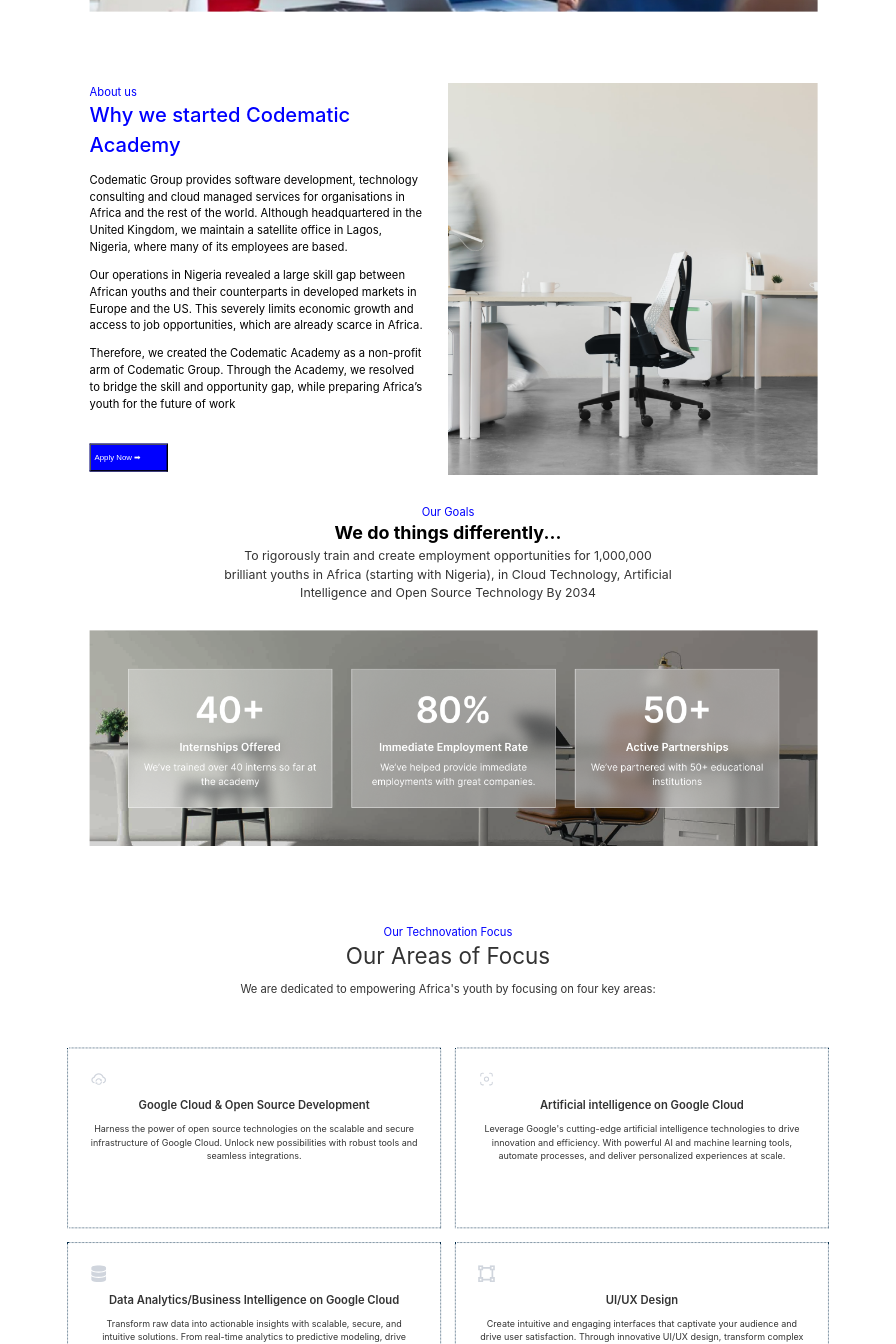
Repository: Gabriel221-dev/Codematic-page
Page: /
The author's editor kept a copy of each file at every save. The page is drawn from the files as they stood at one save, then again after the next save.
The browser window is 1280 px wide. The pictures show the part of the page from y = 941 to 2861 px (the page is 4814 px tall), at 70% of full size.
The project was rebuilt for these pictures with package versions that can differ from the ones it lists, and the page was loaded fresh each time. Also part of the build but not shown: vite.config.js, src/App.css.

Above is the page before, as saved 2024-07-31 06:27:54.

### src/App.jsx
import "./App.css";
import Home from "./pages/home";
import Header from "./components/Header";
import Footer from "./components/Footer";
import { BrowserRouter as Router, Route, Routes } from "react-router-dom";
import "./styles/global.css";

const App = () => {
  return (
    <Router>
      <Header />
      <main>
        <Routes>
          <Route path="/" element={<Home />} />
        </Routes>
      </main>
      <Footer />
    </Router>
  );
};

export default App;

### src/index.css
:root {
  font-family: Inter, system-ui, Avenir, Helvetica, Arial, sans-serif;
  line-height: 1.5;
  font-weight: 400;

  /* color-scheme: light dark;
  background-color: #242424;
  background-color:turquoise; */

}

### src/components/Header.jsx
import { useState } from "react";
import { NavLink } from "react-router-dom";
import { FaBars } from "react-icons/fa";
import Sidebar from "./Sidebar";
import "./Header.css";
import { IconContext } from "react-icons";

const Header = () => {
  const [isSidebarToggled, setSidebarToggled] = useState(false);

  const handleToggle = () => {
    setSidebarToggled((prev) => !prev);
  };

  return (
    <>
      <IconContext.Provider value={{ color: "#fff" }}>
        <header className="header">
          <NavLink className="header__brand" to="/">
            <img
              className="header__logo"
              src="/public/Images/codematic-logo-dark-1536x351.png.png"
              alt="Logo"
              loading="eager"
              width="160"
            />
          </NavLink>
          <nav className="header__nav">
            <ul className="header__navigation">
              <li className="header__link">
                <NavLink
                  className={({ isActive }) =>
                    isActive
                      ? "header__anchor header__anchor--active"
                      : "header__anchor"
                  }
                  to="/"
                >
                  Home
                </NavLink>
              </li>
              <li className="header__link">
                <NavLink
                  className={({ isActive }) =>
                    isActive
                      ? "header__anchor header__anchor--active"
                      : "header__anchor"
                  }
                  to=""
                >
                  About Us
                </NavLink>
              </li>
              <li className="header__link">
                <NavLink
                  className={({ isActive }) =>
                    isActive
                      ? "header__anchor header__anchor--active"
                      : "header__anchor"
                  }
                  to=""
                >
                  Focus Areas
                </NavLink>
              </li>
              <li className="header__link">
                <NavLink
                  className={({ isActive }) =>
                    isActive
                      ? "header__anchor header__anchor--active"
                      : "header__anchor"
                  }
                  to=""
                >
                  Our Goals
                </NavLink>
              </li>
              <li className="header__link">
                <NavLink
                  className={({ isActive }) =>
                    isActive
                      ? "header__anchor header__anchor--active"
                      : "header__anchor"
                  }
                >
                  Testimonies
                </NavLink>
              </li>
            </ul>

            <button
              className="header__menu"
              title="Toggle Menu"
              onClick={handleToggle}
            >
              <FaBars />
            </button>
          </nav>
          <ul className="Btn">
            <NavLink className="header__btn" to="/contact">
              Apply Now
            </NavLink>
          </ul>
          <Sidebar isOpen={isSidebarToggled} onToggle={handleToggle} />
        </header>
      </IconContext.Provider>
    </>
  );
};

export default Header;

### src/components/Footer.jsx
import { Link } from "react-router-dom";
import "./Footer.css";
import { BsTwitterX } from "react-icons/bs";
import { FaLinkedin } from "react-icons/fa6";
import { FaFacebook } from "react-icons/fa";

const Footer = () => {
  return (
    <footer className="footer">
      <div>
        <container className="section-1">
          <div className="section1">
            <img
              className="footer__logo"
              src="/public/Images/codematic-logo-white 2.png"
              alt="Logo"
              loading="lazy"
              width="160"
            />

            <ul className="footer__navigation">
              <li className="footer__link">
                <Link className="link-anchor footer__anchor" to="">
                  About Us
                </Link>
              </li>
              <li className="footer__link">
                <Link className="link-anchor footer__anchor" to="">
                  Contact Us
                </Link>
              </li>
              <li className="footer__link">
                <Link className="link-anchor footer__anchor" to="">
                  Privacy Policy
                </Link>
              </li>
            </ul>
          </div>
        </container>
        <div className="divider"></div>
        <div className="section2">
          <div className="Left">
            <p>© 2024 Codematic. All rights reserved</p>.
          </div>
          <div className="bottom">
            <div className="icon">
              <BsTwitterX />
            </div>
            <div className="icon">
              <FaLinkedin />
            </div>
            <div className="icon">
              <FaFacebook />
            </div>
          </div>
        </div>
      </div>
    </footer>
  );
};

export default Footer;

### src/styles/global.css
* {
    padding: 0;
  }

  body {
    /* line-height: 1.6; */
    color: #333;
    background-color: white;
    padding: 0;
    margin: 0 ;
  }

  section{
    padding: 0 10%;
  }

### src/components/Sidebar.jsx
import PropTypes from "prop-types";
import { useNavigate } from "react-router-dom";
import { AiOutlineClose } from "react-icons/ai";
import "./Sidebar.css";
import { IconContext } from "react-icons";

const Sidebar = ({ isOpen, onToggle }) => {
  const navigate = useNavigate();

  const handleNavigate = (path) => {
    navigate(path);
    onToggle();
  };

  return (
    <IconContext.Provider value={{ color: "#fff" }}>
      <div className={`sidebar ${isOpen ? "sidebar--open" : ""}`}>
        <div className="sidebar__overlay" onClick={onToggle}></div>
        <div className="sidebar__content">
          <div className="sidebar__header">
            <button
              className="sidebar__close"
              title="Close Menu"
              onClick={onToggle}
            >
              <AiOutlineClose />
            </button>
          </div>

          <ul className="sidebar__navigation">
            <li className="sidebar__link">
              <button
                className="sidebar__anchor"
                onClick={() => handleNavigate("/")}
              >
                Home
              </button>
            </li>

            <li className="sidebar__link">
              <button
                className="sidebar__anchor"
                onClick={() => handleNavigate()}
              >
                About Us
              </button>
            </li>
            <li className="sidebar__link">
              <button
                className="sidebar__anchor"
                onClick={() => handleNavigate()}
              >
                Focus Areas
              </button>
            </li>
            <li className="sidebar__link">
              <button
                className="sidebar__anchor"
                onClick={() => handleNavigate()}
              >
                Testimonies
              </button>
            </li>
          </ul>

          <button className="sidebar__btn" onClick={() => handleNavigate()}>
            Apply Now
          </button>
        </div>
      </div>
    </IconContext.Provider>
  );
};

Sidebar.propTypes = {
  isOpen: PropTypes.bool.isRequired,
  onToggle: PropTypes.func.isRequired,
};

export default Sidebar;

### src/components/Header.css
.header {
    background-color:aliceblue;
    height: 1.1rem;
    display: flex;
    /* justify-content: space-between; */
    align-items: center;
    padding: 1rem 7rem;
  }

  @media only screen and (max-width: 850px) {
    .header {
        background-color:black;
      height: 150px;
      /* background-color:red; */
      align-items:left;
    }
  }

  @media only screen and (max-width: 576px) {
    .header {
        background-color:fuchsia;
      height: 50px;
    }
  }

  @media only screen and (max-width: 450px) {
    .header {
        background-color:green;
        height: 75px;
        width: 450px;
    }
  }

  .header__nav {
    align-items: center;
    display: grid;
    grid-template-columns: max-content 1fr max-content;
    align-items: center;
    font-size: .7rem;

    @media only screen and (max-width: 768px) {
      column-gap: 4rem;
    }

    @media only screen and (max-width: 576px) {
        grid-template-columns: repeat(2, 1fr);
        column-gap: 0;
    }
  }

  .header__logo {
    max-width: 100px;
    background-color:red;
    margin-left: 1rem;



    @media only screen and (max-width: 768px) {
      margin-right: 14rem;
      margin-left: -5rem;
    }

    @media only screen and (max-width: 440px) {
        margin-right: 14rem;
        margin-left: -5rem;
        background-color:palegoldenrod;
      }
  }

  .header__navigation {
    margin: 10rem;
    list-style: none;
    display: flex;
    align-items:center;
    /* margin: 0;
    padding: 0; */
    /* text-decoration: none; */
    justify-content: space-between;
    column-gap: -1rem;

    @media only screen and (max-width: 820px) {
      display: none;
    }
  }

  .header__link {
    margin: 1.3rem;
    text-decoration: none;
    display: flex;
    justify-content: space-between;
    /* width: 7rem; */
  }

  /* .header:last-child {
    margin-right: 0;
  } */

  .header__anchor {
    text-decoration: none;
    color: #333;
    font-weight: bold;
    text-align: center;
  }

  .header__anchor:hover{
    text-decoration: none;
  }

  .header__anchor--active {
    color: black;
}

.Btn{
    margin-left: 6rem;
    /* width: 15rem; */
}

  .header__btn {
    display: flex;
    justify-content: flex-end;
    font-size: .6rem;
    background-color: blue;
    border: 2px solid #fff;
    width: 3rem;
    height: 1rem;
    padding: .5rem .5rem .5rem .5rem;
    border-radius:3px;
    color: #fff;
    text-decoration: none;
    cursor: pointer;

    @media only screen and (max-width: 820px) {
      display: none;
    }
  }

  .header__btn:hover{
    background-color:white;
    color:blue;
    text-decoration: none;
    border-radius:16px;
    transform: scale(1.05);
    transition: transform 0.6s ease-in-out, border-bottom 0.6s ease;
  }

  .header__menu {
    display: none;

    @media only screen and (max-width: 820px) {
      display: flex;
      width: 50px;
      height: 28px;
      padding: .1rem;
      border: 0;
      outline: 0;
    }
  }

  .header__menu:hover{
    background:none;
  }

### src/components/Footer.css
.footer {
    /* background-color: rgb(4, 4, 55); */
    /* display: flex; */
    /* grid-template-rows: 48px auto 48px; */
    /* padding: 1rem; */
    /* justify-content: center; */
    /* font-size: 1rem; */
  }
/*
  @media only screen and (max-width: 768px) {
    .footer {
      grid-template-rows: 50px repeat(1, min-content) 56px;
    }
  }

  @media only screen and (max-width: 650px) {
    .footer {
      grid-template-rows: 64px repeat(1, min-content) 64px;
    }
  } */

  .footer__content {
    /* display: grid; */
    /* text-align: center; */
    /* grid-template-columns: max-content 1fr max-content; */
    /* column-gap: 12.5rem; */
    /* grid-column: 2; */
    /* grid-row: 2 / 3; */
  }

  /* @media only screen and (max-width: 1024px) {
    .footer__content {
      column-gap: 8rem;
    }
  }

  @media only screen and (max-width: 768px) {
    .footer__content {
      grid-template-columns: repeat(1, 1fr);
      grid-template-rows: repeat(1, min-content);
      row-gap: 3.2rem;
    }
  } */

  @media only screen and (max-width: 480px) {
    .footer__content {
      /* grid-template-columns: 1fr; */
      /* grid-template-rows: repeat(1, min-content); */
      /* row-gap: 2.4rem; */
    }
  }

  .footer__pages {
    /* display: flex; */
    /* font-size: 2rem; */
    /* align-content: space-between; */
    /* gap: 2rem; */
  }

  /* @media only screen and (max-width: 480px) {
    .footer__pages {
      grid-column: 1 / 3;
      grid-row: 1 / 2;
      justify-self: center;
      align-items: center;
    }
  }

  .footer__logo {
    width: 7rem;
    text-align: center;
  }

  @media only screen and (max-width: 768px) {
    .footer__logo {
      width: 96px;
    }
  }

  @media only screen and (max-width: 480px) {
    .footer__logo {
      margin-bottom: 24px;
    }
  }

  .footer__navigation {
    list-style: none;
    display: flex;
    font-size: .4rem;
    /* justify-content: center; */
    /* margin-bottom: 7px; */

  /* @media only screen and (max-width: 768px) {
    .footer__navigation {
      margin-bottom: 0;
    }
  } */

  /* .bottom{
    font-size: .7rem;
    display: flex;
    justify-content: flex-end;

  }

  .icon{
    margin: .7rem;
  }

  .footer__link {
    font-size: 1rem;
    margin-right: 40px;
    text-align: center;
    transition: color 0.3s;
    margin-right: .5rem;
  }  */
/*
  @media only screen and (max-width: 1024px) {
    .footer__link {
      margin-right: 24px;
    }
  }

  @media only screen and (max-width: 768px) {
    .footer__link {
      margin-right: 1rem;
      margin-bottom: 16px;
    }
  }

  .footer__link:hover {
    color:aqua;
  }

  .footer__anchor {
    text-decoration: none;
    color: white;
    font-size: 1.3rem;
    text-transform: uppercase;
  }

  @media only screen and (max-width: 768px) {
    .footer__anchor {
      font-size: .7rem;
    }
  }

  .footer p{
    background-color:red;
    width: 100%;
  } */

/* .section1{
    display: inline-flex;
    justify-content: center;
    align-content:center;
    margin: 1rem auto;
    padding: 2rem;
    background-color:red;
} */

/* .section-1 {
    display: flex;
    justify-content: center;
    align-items: center;
}

.section1 {
    display: inline-flex;
    justify-content: center;
    align-content: center;
    margin: 1rem auto;
    padding: 1rem;
    background-color: red;
}


.section2{
    background-color:red;
}

.line{
} */


/* .footer {
    background-color: rgb(4, 4, 55);
    padding: 2rem 0;
    position: relative;
  }

  .footer__logo {
    display: block;
    margin: 0 auto;
  }

  .footer__navigation {
    list-style: none;
    font-size: .8rem;
    padding: 0;
    display: flex;
    justify-content: center;
    margin: 1rem 0;
  }

  .footer__link {
    margin: 0 1rem;
  }

  .footer__anchor {
    text-decoration: none;
    color: white;
  }

  .section1 {
    text-align: center;
    padding: 2rem 0;
  }

  .section2 {
    position: relative;
    display: flex;
    justify-content: flex-end;
    align-items: flex-end;
    height: 50px;
  }

  .Left{
    padding-top: 5rem;
  }

  .bottom {
    display: flex;
    gap: 1rem;
    padding: 1rem;
  }

  .icon {
    font-size: 1.5rem;
    padding-top: 5rem;
  }



  .divider {
    width: 100%;
    border: 1px solid #000;
    margin: 2rem 0;
  } */

  .footer {
    background-color: rgb(4, 4, 55);
    padding: 0 0;
    position: relative;
  }

  .footer__logo {
    display: block;
    margin: 0 auto;
  }

  .footer__navigation {
    list-style: none;
    font-size: 0.8rem;
    padding: 0;
    display: flex;
    justify-content: center;
    margin: 1rem 0;
  }

  .footer__link {
    margin: 0 1rem;
  }

  .footer__anchor {
    text-decoration: none;
    color: white;
  }

  .section1 {
    text-align: center;
    padding: 2rem 0;
  }

  .section2 {
    position: relative;
    display: flex;
    justify-content: space-between;
    align-items: flex-end;
    padding: 1rem;
    height: 50px;
  }

  .left {
    color: #D0D5DD;
    ;
  }


  .bottom {
    display: flex;
    gap: 1rem;
    /* padding-left: 1rem; */
    margin-bottom: 2rem;
  }

  .icon {
    font-size: 1.5rem;
    display: flex;
    color:#D0D5DD;
  }

  .divider {
    width: 100%;
    border-bottom: 1px solid #000;
    margin: 2rem 0;
  }

### src/components/Sidebar.css
.sidebar {
    display: none;
    width: 100%;
    height: 100%;
    position: fixed;
    top: 0;
    left: 0;
    z-index: 100;
    transition: all 0.3s ease;
  }

  .sidebar--open {
    display: grid;
    grid-template-columns: 1fr min-content;
  }

  .sidebar__overlay {
    grid-column: 1 / -1;
    grid-row: 1 / 2;
    background-color: rgba(0, 0, 0, 0.5);
    transition: background-color 0.3s ease;

  }

  .sidebar__content {
    grid-column: 2 / 3;
    grid-row: 1 / 2;
    background-color: #194c4c;
    width: 250px;
    display: grid;
    grid-template-rows: 128px repeat(2, min-content);
    grid-template-columns: 48px 1fr 25px;
    transition: width 0.3s ease;
    transition: width .4s ease;

  }

  .sidebar__header {
    grid-column: 2 / 3;
    justify-self: end;
    align-self: center;
  }

  .sidebar__close {
    background-color:#194c4c ;
    width: 30px;
    border: 0;
    outline: 0;
  }

  .sidebar__close:hover{
    background-color:#194c4c;
  }

  .sidebar__navigation {
    grid-column: 2 / 3;
    list-style: none;
    margin: 0;
    padding: 0;
  }

  .sidebar__link {
    margin-bottom: 2.4rem;
  }

  .sidebar__anchor {
    font-size: 1.1rem;
    color: #fff;
    background: transparent;
    border: none;
    text-decoration: none;
    cursor: pointer;
  }

  .sidebar__anchor:hover{
    background:none;
  }

  .sidebar__btn {
    grid-column: 2 / 3;
    background-color: transparent;
    border: 1px solid #fff;
    color: #fff;
    padding: 0.5rem 1rem;
    text-decoration: none;
    display: inline-block;
    cursor: pointer;
    width: 159px;
  }

  .sidebar__btn:hover{
    background:white;
    color:#194c4c;
    transform: scale(1.05);
    transition: transform 0.3s ease-in-out, border-bottom 0.6s ease;
  }

  .sidebar--open .sidebar__overlay {
    background-color: rgba(0, 0, 0, 0.5);
  }

  .sidebar--open .sidebar__content {
    width: 250px;
  }

  @media (max-width: 768px) {
    .header__menu {
      display: grid;
      background-color: transparent;
      width: 24px;
      border: 0;
      outline: 0;
      justify-self: end;
      align-self: center;
      margin-left: auto;
    }
  }

Loaded but not shown: index.html (common file); src/main.jsx (common file); src/pages/home.jsx (274 lines, source omitted); src/pages/Home.css (579 lines, source omitted)

After the next save:
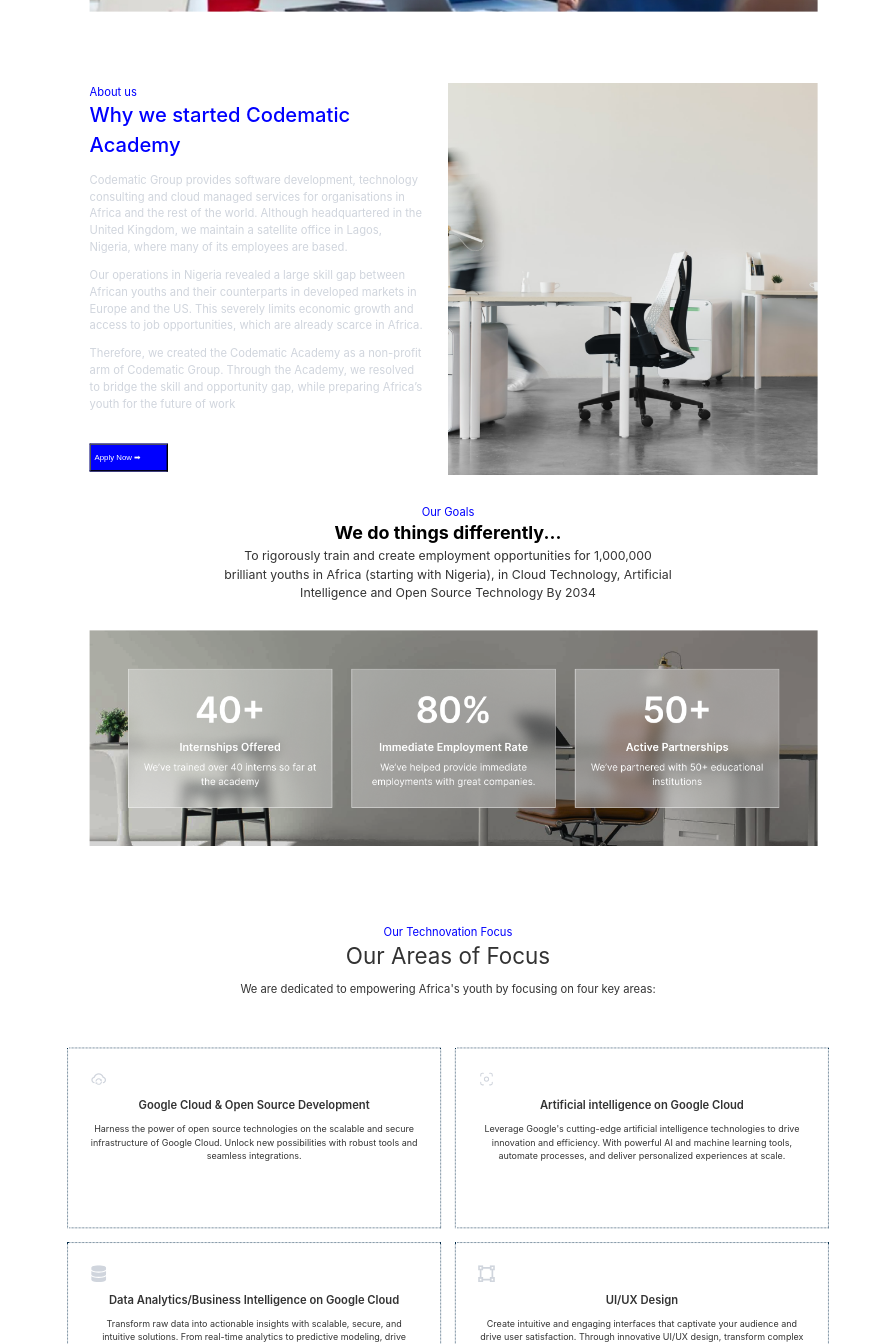
Saved 30 s later.
--- a/src/components/Footer.css
+++ b/src/components/Footer.css
@@ -293,7 +293,10 @@
 
   .left {
     color: #D0D5DD;
-    ;
+  }
+
+  p{
+    color:#D0D5DD;
   }
 
 

After the 2 saves that followed:
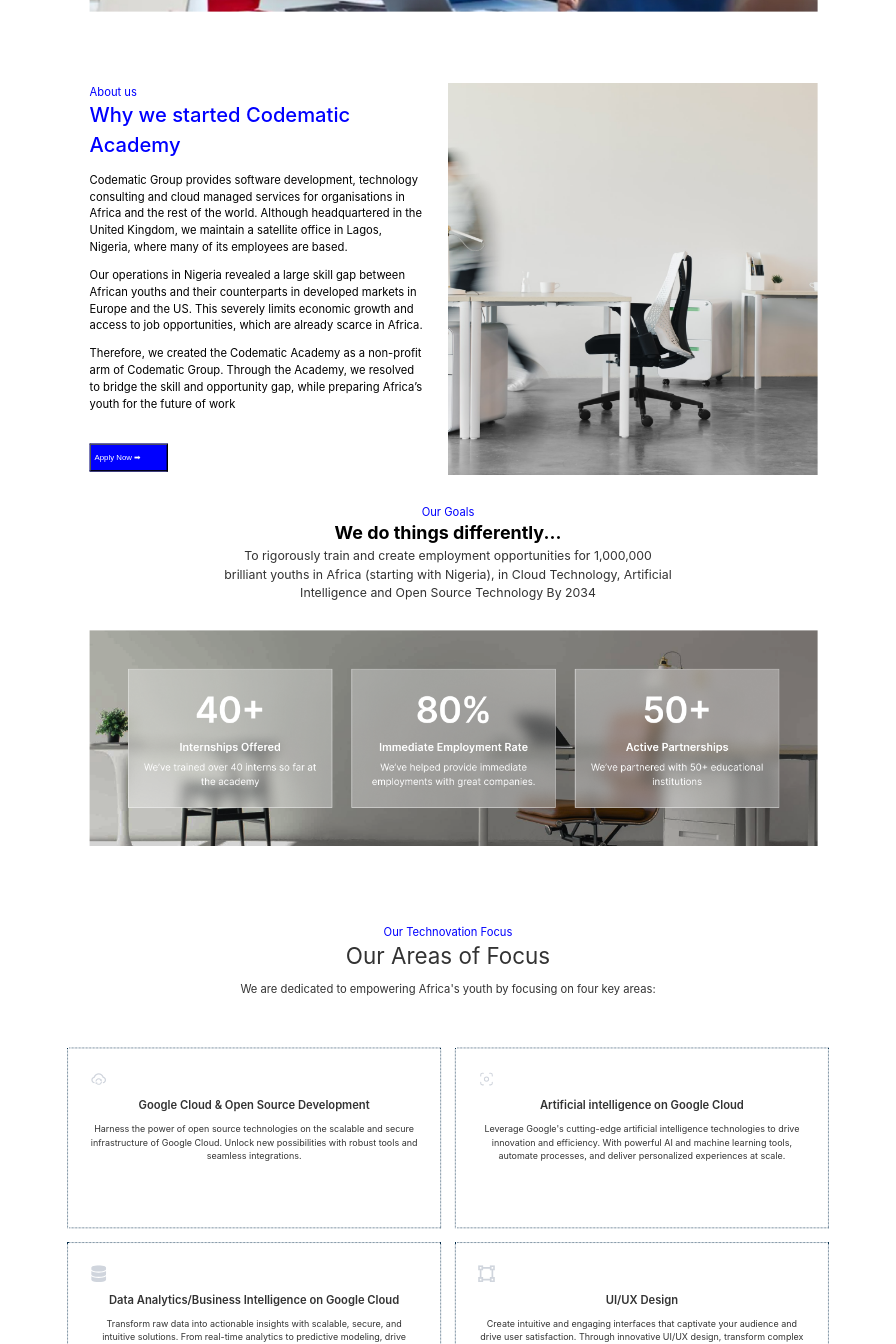
The 2 saves are shown as one change because 1 left the picture as it was.
The last was saved 64 s later.
--- a/src/components/Footer.css
+++ b/src/components/Footer.css
@@ -291,11 +291,7 @@
     height: 50px;
   }
 
-  .left {
-    color: #D0D5DD;
-  }
-
-  p{
+  .footer p{
     color:#D0D5DD;
   }
 
